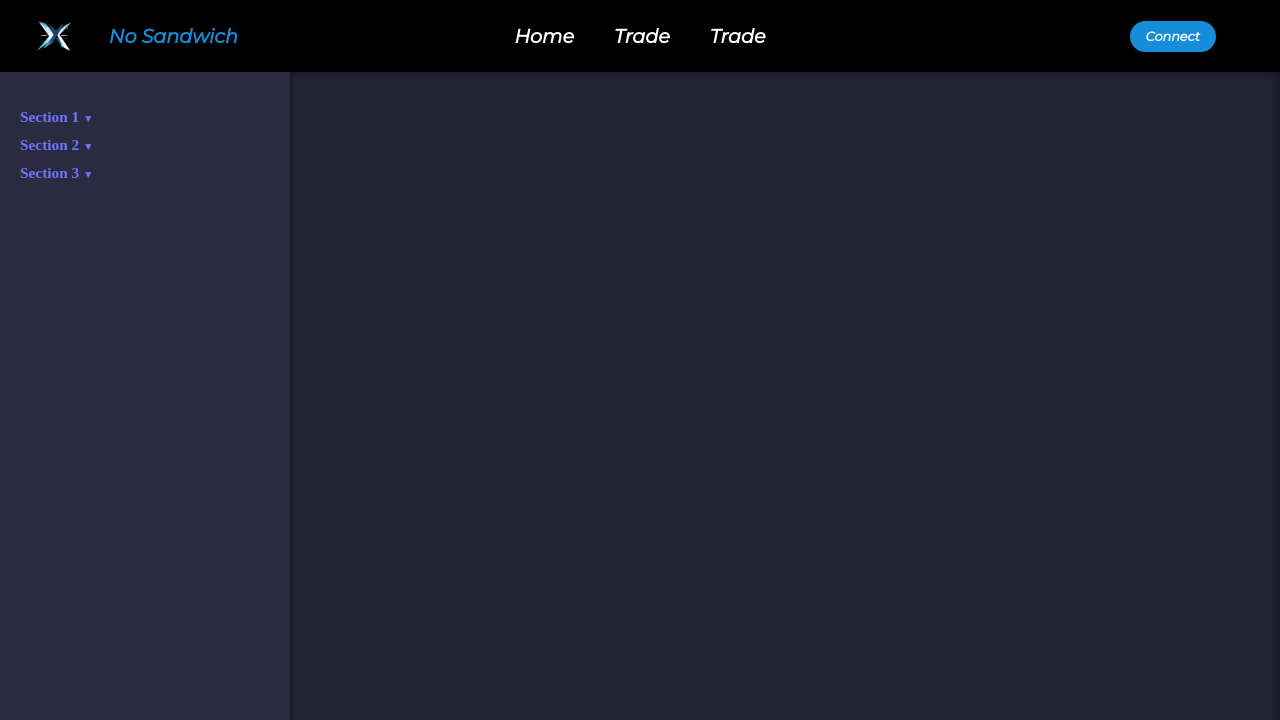
Repository: TreapGoGo/hackathon-2024-10-13
Page: /document (app in Web/NoSandwichSwapPair_Web/)
An editor plug-in stored every save of this project. The page is shown before and after the next save, followed by the edit.
The browser window is 1280 px wide. The pictures show the whole page.
An inner scrolling area shows only its first screen. The project was rebuilt for these pictures with package versions that can differ from the ones it lists, and the page was loaded fresh each time. Also part of the build but not shown: Web/NoSandwichSwapPair_Web/vite.config.js.

Above is the page before, as saved 2024-10-17 21:10:42.

### Web/NoSandwichSwapPair_Web/index.html
<!doctype html>
<html lang="en">

<head>
  <meta charset="UTF-8" />
  <link rel="icon" type="image/svg+xml" href="./src//assets/logo.png" />
  <meta name="viewport" content="width=device-width, initial-scale=1.0" />
  <title>No Sandwich</title>
</head>

<body>
  <div id="app"></div>
  <script type="module" src="./src/main.js"></script>
</body>

</html>

### Web/NoSandwichSwapPair_Web/src/style.css
html,
body {
    margin: 0;
    padding: 0;
    height: 100%;
    width: 100%;
    overflow-x: hidden;
    color: black;
}

#app {
    height: 100%;
}

### Web/NoSandwichSwapPair_Web/src/App.vue
<script setup>
import Header from './components/Header.vue';
</script>

<template>
  <Header></Header>
  <router-view/>
</template>

<style scoped>
.logo {
  height: 6em;
  padding: 1.5em;
  will-change: filter;
  transition: filter 300ms;
}
.logo:hover {
  filter: drop-shadow(0 0 2em #646cffaa);
}
.logo.vue:hover {
  filter: drop-shadow(0 0 2em #42b883aa);
}
</style>

### Web/NoSandwichSwapPair_Web/src/components/Header.vue
<template>
    <header class="header">
      <div class="logo">
        <img src="../assets/logo.png" alt="Logo" />
        <span>No Sandwich</span>
      </div>
      <nav class="nav">
        <router-link v-bind:to="{name:'home'}">Home</router-link>
        <router-link v-bind:to="{name: 'trade' }">Trade</router-link>
        <router-link v-bind:to="{name: 'document' }">Trade</router-link>
      </nav>
      <div class="actions">
        <button class="connect-btn" @click="handleWalletConnection">
        {{ isConnected ? truncateAddress(walletAddress) : 'Connect' }}
      </button>
      </div>
    </header>
  </template>

  <script>
import { mapGetters, mapActions } from 'vuex';

export default {
  name: 'Header',
  computed: {
    ...mapGetters(['walletAddress', 'isConnected']),
  },
  methods: {
    ...mapActions(['connectWallet', 'disconnectWallet']),
    handleWalletConnection() {
      if (!this.isConnected) {
        this.connectWallet();
      } else {
        this.disconnectWallet();
      }
    },
    // 用于截短显示钱包地址
    truncateAddress(address) {
      return address ? `${address.substring(0, 6)}...${address.substring(address.length - 4)}` : '';
    }
  },
};
  </script>

  <style scoped>
  @font-face {
    font-family: 'Sixtyfour_Convergence';
    src: url('../assets/fonts/Sixtyfour_Convergence/SixtyfourConvergence-Regular-VariableFont_BLED,SCAN,XELA,YELA.ttf') format('truetype');
    font-weight: normal;
    font-style: normal;
  }
  @font-face {
    font-family: 'Protest_Strike';
    src: url('../assets/fonts/Protest_Strike/Protest_Strike/ProtestStrike-Regular.ttf') format('truetype');
    font-weight: normal;
    font-style: normal;
  }
  @font-face {
    font-family: 'Montserrat';
    src: url('../assets/fonts/Montserrat/Montserrat-Italic-VariableFont_wght.ttf') format('truetype');
    font-weight: normal;
    font-style: normal;
  }
  *{
    font-family: Montserrat;
    font-weight: bold;
  }
  .header {
    display: flex;
    align-items: center;
    justify-content: space-between;
    background-color: #000;
    color: #fff;
    height: 10vh;
    width: 100%;
    position: fixed;
    z-index: 1000;
  }

  .logo {
    display: flex;
    align-items: center;
    flex: 1;
  }

  .logo img {
    height: 8vh;
    margin-left: 2vw;
    margin-right: 2vw;
  }

  .logo span {
    font-weight: bold;
    font-size: 1.5vw;
    color: #168ddb;
  }

  .nav {
    display: flex;
    justify-content: center;
    flex: 1;

  }

  .nav a {
    font-size: 1.5vw;
    color: #fff;
    text-decoration: none;
    margin: 0 20px;
  }

  .nav a:hover {
    color: #168ddb;
    left:5vw;
  }

  .actions {
    display: flex;
    align-items: center;
    flex: 1;
    justify-content: flex-end;
  }

.connect-btn {
  font-size: 1vw;
  background-color: #168ddb;
  border: none;
  padding: 8px 16px;
  border-radius: 20px;
  color: #fff;
  cursor: pointer;
  transition: transform 0.1s ease, background-color 0.3s ease;
  margin-right: 5vw;
}

.connect-btn:hover {
  background-color: #6a39db;
}

.connect-btn:active {
  transform: scale(0.95);
  background-color: #722fb7;
}
  </style>

### Web/NoSandwichSwapPair_Web/src/views/Document.vue
<template>
    <div class="documentation-page">
      <aside class="sidebar">
        <ul>
          <li v-for="(item, index) in menuItems" :key="index">
            <div @click="toggleSection(index)" class="item">
              {{ item.title }}
              <span v-if="item.isOpen">▲</span>
              <span v-else>▼</span>
            </div>
            <ul v-show="item.isOpen">
              <li v-for="(subItem, subIndex) in item.sections" :key="subIndex">
                <a href="#" @click="showContent(subItem)">{{ subItem.name }}</a>
              </li>
            </ul>
          </li>
        </ul>
      </aside>

      <main class="content">
        <section v-if="selectedSection">
          <div v-html="selectedSection.content"></div>
        </section>
        <section v-else>
          <p>Please select a section from the menu</p>
        </section>
      </main>
    </div>
  </template>

  <script>
  export default {
    data() {
      return {
        menuItems: [
          {
            title: 'Section 1',
            isOpen: false,
            sections: [
              { name: 'Subsection 1.1', content: '<h2>Subsection 1.1</h2><p>Custom HTML content for subsection 1.1</p>' },
              { name: 'Subsection 1.2', content: '<h2>Subsection 1.2</h2><p>Custom HTML content for subsection 1.2</p>' },
            ],
          },
          {
            title: 'Section 2',
            isOpen: false,
            sections: [
              { name: 'Subsection 2.1', content: '<h2>Subsection 2.1</h2><p>Custom HTML content for subsection 2.1</p>' },
              { name: 'Subsection 2.2', content: '<h2>Subsection 2.2</h2><p>Custom HTML content for subsection 2.2</p>' },
            ],
          },
          {
            title: 'Section 3',
            isOpen: false,
            sections: [
              { name: 'Subsection 3.1', content: '<h2>Subsection 3.1</h2><p>Custom HTML content for subsection 3.1</p>' },
              { name: 'Subsection 3.2', content: '<h2>Subsection 3.2</h2><p>Custom HTML content for subsection 3.2</p>' },
            ],
          },
        ],
        selectedSection: null,
      };
    },
    methods: {
      toggleSection(index) {
        this.menuItems[index].isOpen = !this.menuItems[index].isOpen;
      },
      showContent(subItem) {
        this.selectedSection = subItem;
      },
    },
  };
  </script>
 <style scoped>
 /* 黑暗模式+蓝紫调配色 */
 .documentation-page {
   display: flex;
   position: relative;
   top:10vh;
   height: 90vh; /* 整个页面高度 */
   background-color: #1e1e2f; /* 深色背景 */
   color: #c9d1d9; /* 较亮的文字颜色 */
 }

 .sidebar {
   width: 250px;
   background-color: #2a2a40; /* 左侧导航栏的深色背景 */
   padding: 20px;
   box-shadow: 2px 0 5px rgba(0, 0, 0, 0.3);
   position: absolute;
   top: 0; /* 固定在视图顶部 */
   height: 100vh; /* 左侧高度为全屏 */
   overflow-y: auto; /* 当导航内容超出时可以滚动 */
 }

 .sidebar .item{
  font-size: 1.2vw;
 }

 .sidebar span{
  font-size: 0.8vw;
 }
 .sidebar ul {
   list-style-type: none;
   padding: 0;
 }

 .sidebar li {
   margin-bottom: 10px;
 }

 .sidebar li > div {
   cursor: pointer;
   font-weight: bold;
   color: #6f77ff; /* 蓝紫色调 */
   margin-bottom: 5px;
 }

 .sidebar ul ul {
   padding-left: 20px;
 }

 .sidebar a {
   text-decoration: none;
   color: #a0a8ff; /* 子菜单的蓝紫色 */
   display: block;
   margin: 5px 0;
 }

 .sidebar a:hover {
   color: #ffffff; /* 悬停时更亮 */
 }

 .content {
   flex-grow: 1;
   padding: 20px;
   background-color: #232334; /* 右侧内容的背景 */
   box-shadow: inset 0 0 10px rgba(0, 0, 0, 0.5);
   overflow-y: auto; /* 右侧内容区域可以滚动 */
   height: 100vh; /* 右侧内容区域的高度与页面高度一致 */
 }

 /* 层次结构：标题和分割线样式 */
 .content section {
   margin-bottom: 40px;
 }

 h2 {
   color: #8a92ff; /* 蓝紫色标题 */
   border-bottom: 2px solid #6f77ff; /* 分割线 */
   padding-bottom: 10px;
 }

 h3 {
   color: #a0a8ff; /* 次级标题 */
   margin-top: 20px;
 }

 h4 {
   color: #c9d1d9; /* 更深一级标题 */
   margin-top: 15px;
 }

 p {
   margin-bottom: 15px;
 }

 hr {
   border: none;
   border-top: 1px solid #6f77ff; /* 蓝紫色分割线 */
   margin: 20px 0;
 }
 </style>

Loaded but not shown: Web/NoSandwichSwapPair_Web/src/store/index.js (42 lines, source omitted); Web/NoSandwichSwapPair_Web/src/router/index.js (28 lines, source omitted); Web/NoSandwichSwapPair_Web/src/main.js (10 lines, source omitted); Web/NoSandwichSwapPair_Web/src/views/Trade.vue (602 lines, source omitted); Web/NoSandwichSwapPair_Web/src/views/Home.vue (532 lines, source omitted)

After the next save:
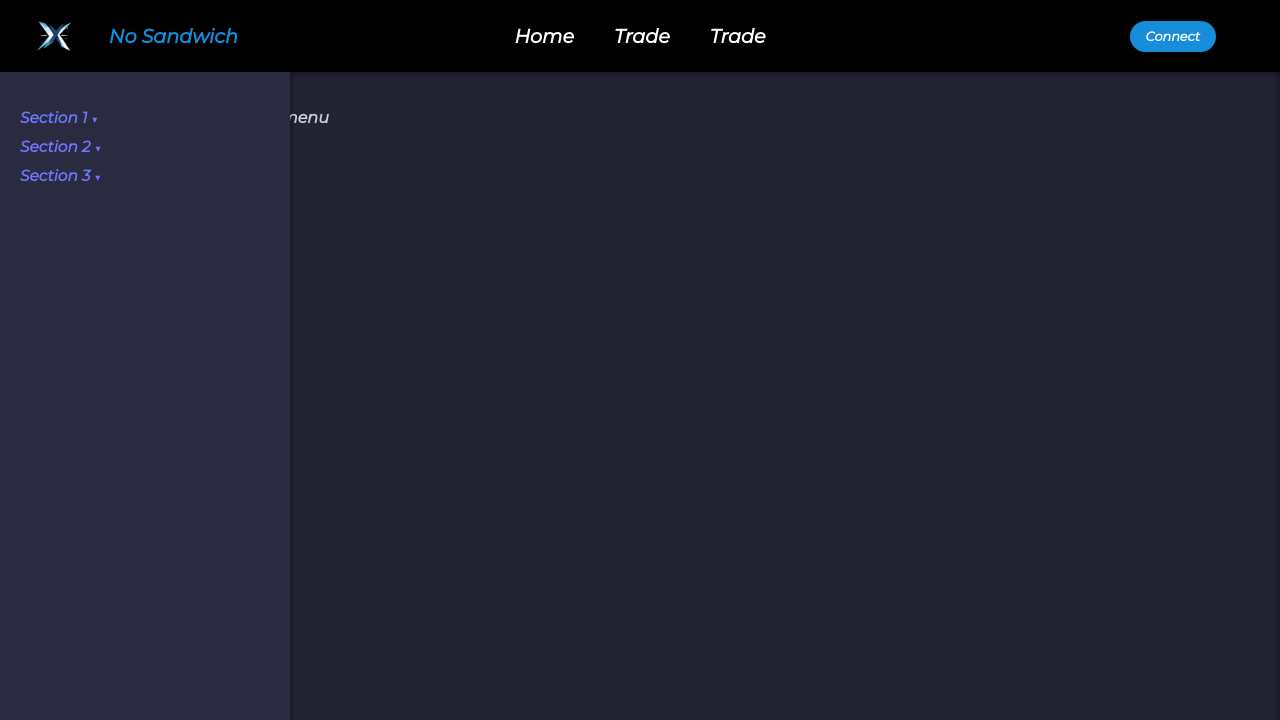
Saved 48 s later.
--- a/Web/NoSandwichSwapPair_Web/src/views/Document.vue
+++ b/Web/NoSandwichSwapPair_Web/src/views/Document.vue
@@ -81,7 +81,16 @@
    background-color: #1e1e2f; /* 深色背景 */
    color: #c9d1d9; /* 较亮的文字颜色 */
  }
-
+ @font-face {
+    font-family: 'Montserrat';
+    src: url('../assets/fonts/Montserrat/Montserrat-Italic-VariableFont_wght.ttf') format('truetype');
+    font-weight: normal;
+    font-style: normal;
+  }
+  *{
+    font-family: Montserrat;
+    font-weight: bold;
+  }
  .sidebar {
    width: 250px;
    background-color: #2a2a40; /* 左侧导航栏的深色背景 */

After the save that followed:
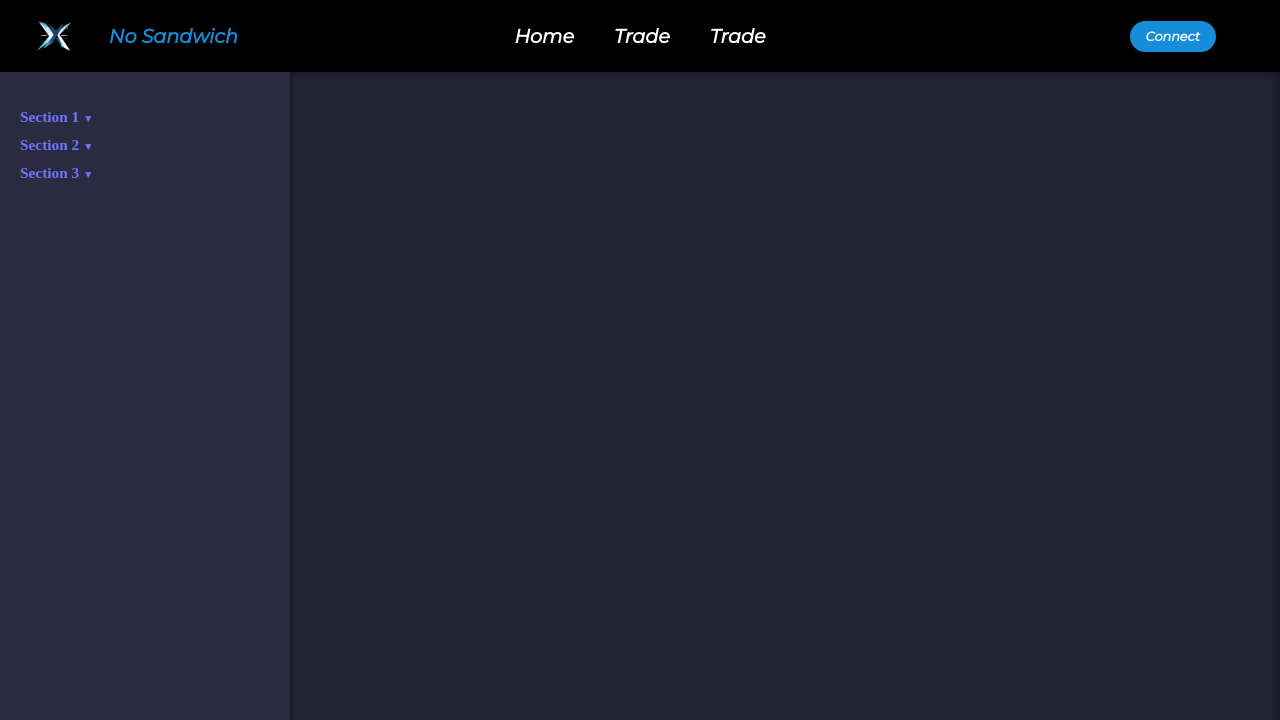
Saved 21 s later.
--- a/Web/NoSandwichSwapPair_Web/src/views/Document.vue
+++ b/Web/NoSandwichSwapPair_Web/src/views/Document.vue
@@ -81,7 +81,7 @@
    background-color: #1e1e2f; /* 深色背景 */
    color: #c9d1d9; /* 较亮的文字颜色 */
  }
- @font-face {
+ /* @font-face {
     font-family: 'Montserrat';
     src: url('../assets/fonts/Montserrat/Montserrat-Italic-VariableFont_wght.ttf') format('truetype');
     font-weight: normal;
@@ -90,7 +90,7 @@
   *{
     font-family: Montserrat;
     font-weight: bold;
-  }
+  } */
  .sidebar {
    width: 250px;
    background-color: #2a2a40; /* 左侧导航栏的深色背景 */
